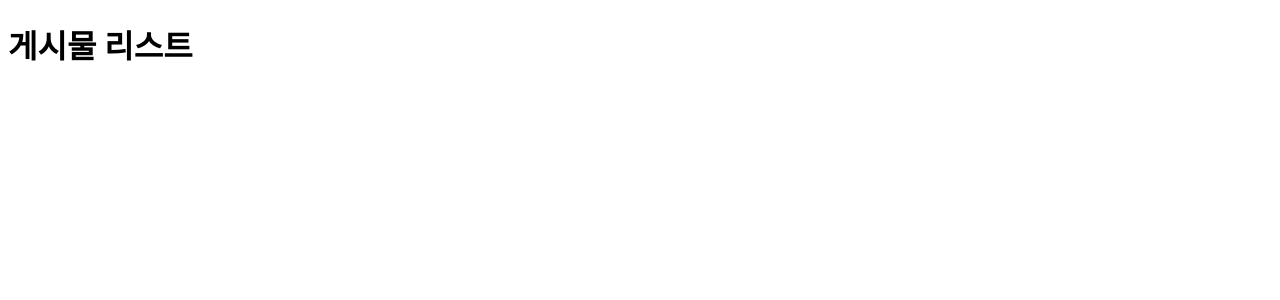
Repository: guenhyuck/Exam
Page: http://localhost/demo-1/WEB_INF/jsp/usr/article/list.jsp
An editor plug-in stored every save of this project. The page is shown before and after the next save, followed by the edit.
The browser window is 1280 px wide. The pictures show the whole page.
The page is served by Tomcat 9. Other server files are loaded and not shown.

Above is the page before, as saved 2023-04-19 06:21:26.

### demo-1/src/main/webapp/WEB_INF/jsp/usr/article/list.jsp
<%@ page language="java" contentType="text/html; charset=UTF-8" pageEncoding="UTF-8"%>

<!DOCTYPE html>
<html>
<head>
<meta charset="UTF-8">

<title>게시물 리스트</title>
</head>
<body>
		<h1>게시물 리스트</h1>
		<ul>


		</ul>

</body>

</html>

After the next save:
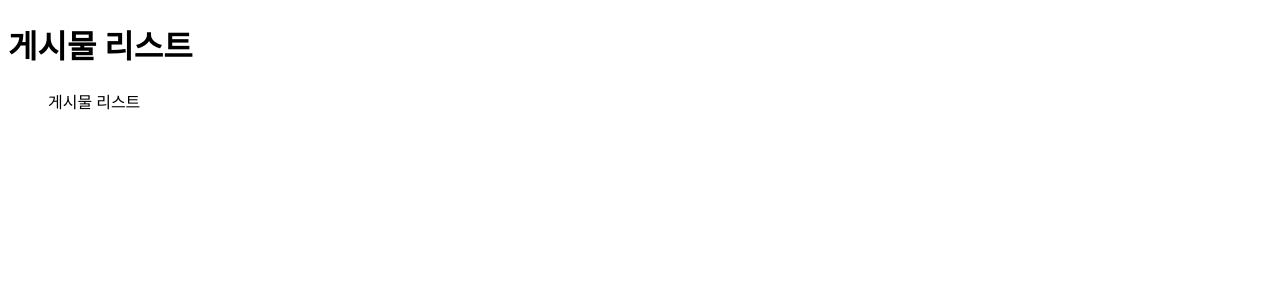
Saved 14 s later.
--- a/demo-1/src/main/webapp/WEB_INF/jsp/usr/article/list.jsp
+++ b/demo-1/src/main/webapp/WEB_INF/jsp/usr/article/list.jsp
@@ -10,7 +10,7 @@
 <body>
 		<h1>게시물 리스트</h1>
 		<ul>
-
+   <div>게시물 리스트</div>
 
 		</ul>
 
